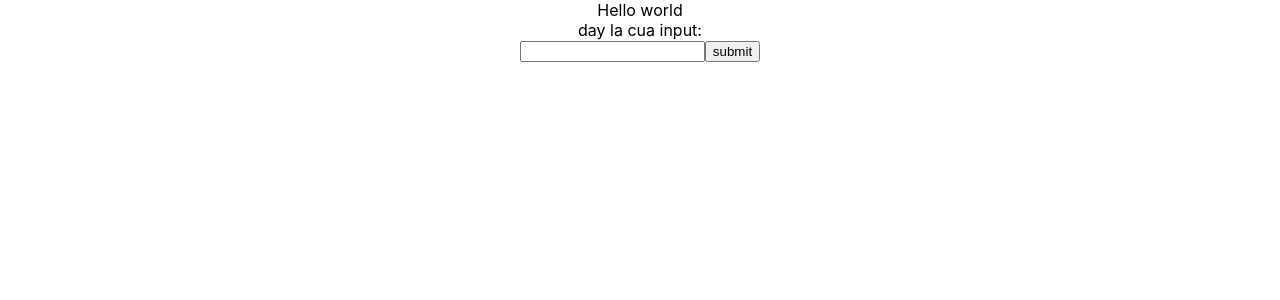
Repository: phunobi1807/phucocktail
Page: /
The author's editor kept a copy of each file at every save. The page is drawn from the files as they stood at one save, then again after the next save.
The browser window is 1280 px wide. The pictures show the whole page.
The page's requests for data from a server got no answer. The project was rebuilt for these pictures with package versions that can differ from the ones it lists, and the page was loaded fresh each time. No one was signed in, and anything a server would have sent is missing.

Above is the page before, as saved 2021-09-24 22:22:25.

After the next save:
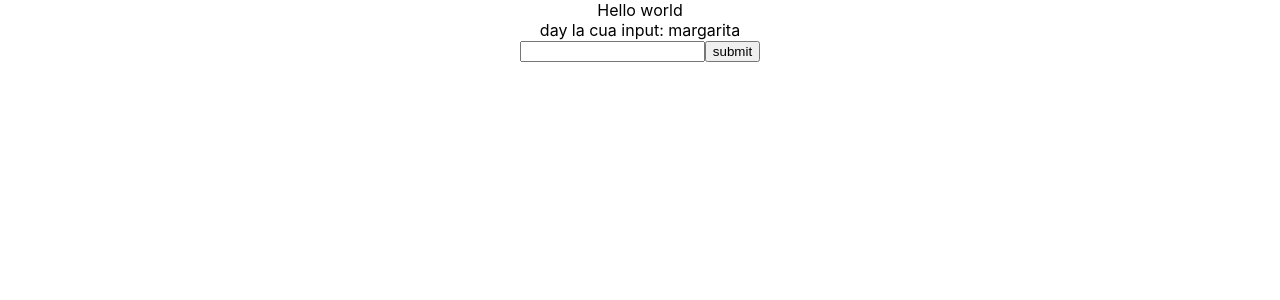
Saved 17 min 6 s later.
--- a/src/api/CallCoctail.js
+++ b/src/api/CallCoctail.js
@@ -4,7 +4,7 @@ import axios from 'axios';
 export class CallCoctail extends Component {
     state = {
        listCoctail: [],
-       name: ""
+       name: "margarita"
     }
     async componentDidMount(){
         let res = await axios.get(`https://www.thecocktaildb.com/api/json/v1/1/search.php?s=${this.state.name}`);
